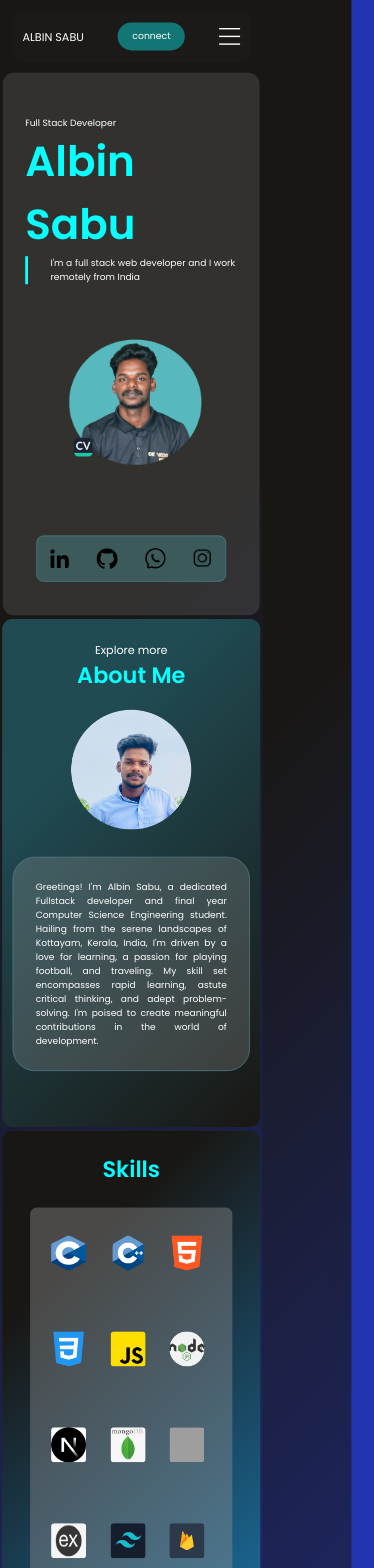
Repository: albinsabu2023/personalwebsite
Page: index.html
An editor plug-in stored every save of this project. The page is shown before and after the next save, followed by the edit.
The browser window is 375 px wide. The page is 502 px wide, then 534 px, so the pictures cover 534 px, including what lies to the right of the window. The pictures show the part of the page from y = 0 to 2240 px (the page is 3568 px tall before and 3630 px after), at 70% of full size.
Pictures or frames that could not be fetched are drawn as grey boxes.

Above is the page before, as saved 2023-09-04 11:53:16.

### index.html
<!DOCTYPE html>
<html lang="en">
<head>
    <meta charset="UTF-8">
    <meta name="viewport" content="width=device-width, initial-scale=1.0">
    <title>Document</title>
    <link rel="stylesheet" href="style.css">
    <link rel="stylesheet" href="media.css">
</head>
<body>
    <nav id="hero">
        <h3 class="title">Albin Sabu</h3>
        <ul>
            <li class><a href="#home">Home</a></li>
            <li><a href="#about">About Me</a></li>
            <li><a href="#skill">Skills</a></li>
            <li><a href="#project">Projects</a></li>
            <li><a href="#contact">Contact</a> </li>
        </ul>

        <button class="btn-connect">connect</button>
    </nav>
    <nav id="hamburger-nav">
        <div clas="logo"> ALBIN SABU</div>

        <button class="btn-connect">connect</button>
        <div class="hamburger-menu">
            <div class="hamburger-icon" onclick="toggleMenu()">
                <span></span>
                <span></span>
                <span></span>
            </div>

            <div class="menu-links">
                <li class><a href="#home" onclick="toggleMenu()">Home</a></li>
                <li><a href="#about" onclick="toggleMenu()">About Me</a></li>
                <li><a href="#skill">Skills</a></li>
                <li><a href="#project" onclick="toggleMenu()">Projects</a></li>
                <li><a href="#contact" onclick="toggleMenu()">Contact</a> </li>
            </div>

        </div>




    </nav>
    <div class="portfolio__body">
        <div id="home">

            <div class="profile__text">

                <p>Full Stack Developer</p>
                <h1>Albin Sabu</h1>
                <div class="profile__detail">
                    <span class="line"> </span>
                    <p class="profile__detail__p2">I'm a full stack web developer and I work remotely from India</p>

                </div>

            </div>
            <div class="profile__img">
                <img src="./assets/albin.png" class="profile" alt="profile">
                <div class="cv__btn" onclick="window.open('./assets/ALBIN SABU.pdf')">
                    <p>download</p>
                    <img src="./assets/cv.png" alt="cv" class="cv">
                </div>
            </div>

            <div class="profile__links">
                <img src="./assets/linkedin.png" alt="">
                <img src="./assets/github.png" alt="">
                <img src="./assets/whatsapp.png" alt="">
                <img src="./assets/insta.png" alt="">
            </div>
        </div>
        <div id="about">
            <div class="about__header">
                <p>Explore more</p>
                <h1 class="title">About Me</h1>
            </div>
            <div class="about__container">
                <div class="about__img">
                    <img src="./assets/about-pic.png" alt="">
                </div>
                <div class="about__details">
                    <p>Greetings! I'm Albin Sabu, a dedicated Fullstack developer and final year Computer Science Engineering
                        student. Hailing
                        from the serene landscapes of Kottayam, Kerala, India, I'm driven by a love for learning, a passion for
                        playing
                        football, and traveling. My skill set encompasses rapid learning, astute critical thinking, and adept
                        problem-solving.
                        I'm poised to create meaningful contributions in the world of development.</p>
                </div>
            </div>


        </div>
        <div id="skill">
            <h1 class="title">Skills</h1>

                <div class="skill__img">
                    <div class="div">
                        <img src="./assets/c.png" alt="skill" class="grid_1">
                        <img src="./assets/cpp.png" alt="skill" class="grid_2">
                        <img src="./assets/html.png" alt="skill" class="grid_3">
                    </div >
                   <div class="div">
                        <img src="./assets/css-3.png" alt="skill" class="grid_4">
                        <img src="./assets/js.png" alt="skill" class="grid_5">
                        <img src="./assets/nodejs.png" alt="skill" class="grid_6">
                   </div>
                    <div class="div">
                        <img src="./assets/next.png" alt="skill" class="grid_7">
                        <img src="./assets/mongodb.png" alt="skill" class="grid_8">
                        <img src="./assets/React.png" alt="skill" class="grid_9">
                    </div>
                    <div class="div">
                        <img src="./assets/express.png" alt="skill" class="grid_7">
                        <img src="./assets/tailwind.png" alt="skill" class="grid_8">
                        <img src="./assets/rebase.png" alt="skill" class="grid_9">
                    </div>


                </div>



        </div>
        <div id="project">
            <h1>Project</h1>
            <div class="all__projects">
                <div class="project__container">
                    <div class="project__img">
                        <img src="./assets/chatgpt-next.png" alt="">
                    </div>
                    <div class="project__details">
                        <h3>ChatGpt-Next</h3>
                        <!-- <p>2023<br>A ChatGpt Model WebApp created using nextjs with openaiApi</p> -->
                        <button class="btn-1">know more</button>
                    </div>

                </div>
                <div class="project__container">
                    <div class="project__img">
                        <img src="./assets/chatroom.png" alt="">
                    </div>
                    <div class="project__details">
                        <h3>ChatRoom</h3>
                        <!-- <p>2023<br>A ChatRoom  WebApp created using Reactjs with custonApi and firebase</p> -->
                        <button class="btn-1">know more</button>
                    </div>

                </div>
                <div class="project__container">
                    <div class="project__img">
                        <img src="./assets/portfolio.png" alt="">
                    </div>
                    <div class="project__details">
                        <h3>Portfolio</h3>
                        <!-- <p>2023<br>A Personal  Portfolio Project created using nextjs </p> -->
                        <button class="btn-1">know more</button>
                    </div>

                </div>
            </div>


        </div>
        <div id="contact">
           <h1>Contact</h1>
           <div class="contact__links">
                <img src="./assets/email.png" alt="">
                <p><a href="mailto:albinsullas13@gmial.com"></a>albinsullas13@gmail.com</p>

           </div>
            <div class="contact__links">
                <img src="./assets/linkedin.png" alt="">
                <p><a href=""></a>LinkedIn</p>

            </div>
            <div class="contact__links">
                <img src="./assets/loc.png" alt="">
                <p>Pathnamthitta.Kerala.India</p>

            </div>
            <div class="form">
                <form  class="form__container">
                    <div class="form__header">
                        <input type="text" placeholder="First Name">
                        <input type="text" placeholder="Last Name">
                    </div>
                    <input type="email" placeholder="Your Mail" >
                    <textarea  rows="8" cols="50" class="text"></textarea>
                    <button><a href="mailto:albinsullas13@gmail.com">Submit</a></button>
                </form>

            </div>
        </div>
    </div>

    <script src="index.js"></script>
</body>
</html>

### style.css
@import url('https://fonts.googleapis.com/css2?family=Poppins:ital,wght@0,300;0,400;0,500;0,600;1,300;1,500;1,600&display=swap');
*{
    margin:0;
    font-family: 'Poppins', sans-serif;

}
body{

    color: white;
    margin-top: 1rem;

    background-color: #2234ae;

    background-image: linear-gradient(315deg, #2234ae 0%, #191714 74%);

}
nav{
    position: sticky;
    z-index: 0;
    display: flex;
    padding: 1rem;
    margin: 1rem;
    background-color: rgba(34, 34, 34, 0.3);
    border-radius: 1rem;
    justify-content: space-between;

}

nav ul{
    list-style-type: none;
    display: flex;
    gap: 2rem;
    justify-content: space-between;



}


nav ul li{
    padding: 5px;
    border-radius: 1rem;
    text-align: center;
    width: 8rem;



}
nav ul li a{
    text-decoration: none;
    color: white;
}
nav ul li a:hover{
    color: rgb(7, 255, 255);
}

.btn-connect{
    background: rgb(7, 255, 255,0.4);
    border: none;
    color: white;
    padding: 10px;
    border-radius: 3rem;
    width: 6rem;

}
.btn-connect:hover{
    background: rgb(7, 255, 255, 0.6);
}

#home{

    padding: 2rem;
    /* border: #56828f 1px solid; */
    border-radius: 1rem;
    display: flex;
    margin: 3px;
    background: rgba(128, 128, 128, 0.24);
}

.line{
    border: rgb(7, 255, 255) 2px solid;

}
.profile__text{
    width: 50vw;
    object-fit: contain;
    text-align: justify;
    margin-top: 30px;
}
.profile__text p{
    font-size:30px ;
}
.profile__text h1{
    color: rgb(7, 255, 255);
    font-size:80px ;

}
.profile__detail{
    display: flex;
    flex-direction: col;
    gap: 2rem;

}
.profile__detail p{
    font-size: 30px;
}
.profile__img{
    width: 50%;
    align-items: center ;
    padding: 10px;
}
.profile__img img{
    height: 300px;
    width: 300px;
    position: relative;
}

.profile__links{

    align-items: center;
    justify-content: space-between;
    padding: 1rem;
    border-radius: 10px;
    display: flex;
    flex-direction: column;
    border: #56828f 1px solid;
    background:rgba(74, 153, 153, 0.4);

}

.cv__btn{
    display: flex;
}
.profile__img .cv__btn{
    background: rgb(7, 255, 255, 0.4);
        border: none;
        color: white;
        padding: 10px;
        border-radius: 3rem;
        width: 6rem;

}
.profile__img .cv__btn:hover{
    background: rgba(75, 243, 243, 0.7);
}
.profile__img .cv__btn img{
    width: 30px;
    height: 30px;
}
.profile__links img{
    height: 30px;
    width: 30px;
    display: flex;
    border-radius: 10px;
    padding: 1px;


}
#hamburger-nav {
    display: none;
    align-items: center;
}

.hamburger-menu {
    position: relative;
    display: inline-block;
}

.hamburger-icon {
    display: flex;
    flex-direction: column;
    justify-content: space-between;
    height: 24px;
    width: 30px;
    cursor: pointer;
}

.hamburger-icon span {
    width: 100%;
    height: 2px;
    background-color: rgb(255, 255, 255);
    transition: all 0.3 ease-in-out;
}

.menu-links {
    position: absolute;
    top: 100%;
    right: 0%;
    width: fit-content;
    max-height: 0;
    overflow: hidden;
    transition: all 0.3 ease-in-out;
}

.menu-links {
    display: block;
    margin-top: 9px;
    width: 8rem;
    text-align: center;
    font-size: 1.5rem;
    color: rgb(248, 243, 243);
    text-decoration: none;
    transform: all 0.3 ease-in-out;
    background: rgba(172, 172, 172, 0.24);
    border-radius: 1rem;
}

.menu-links li  {
    list-style-type: none;

}



.menu-links li a{
    text-decoration: none;
    color: white;

}

.menu-links.open {
    max-height: 300px;
}

.hamburger-icon.open span:first-child {
    transform: rotate(45deg) translate(10px, 5px);
}

.hamburger-icon.open span:nth-child(2) {
    opacity: 0;
}

.hamburger-icon.open span:last-child {
    transform: rotate(-45deg) translate(10px, -5px);
}

.hamburger-icon span:first-child {
    transform: none;
}

.hamburger-icon span:first-child {
    opacity: 1;
}

.hamburger-icon span:first-child {
    transform: none;
}


#about{
    margin: 3px;
    margin-top: 5px;
    padding: 2rem;
    /* border: #56828f 1px solid; */
    border-radius: 1rem;
    display: flex;
    flex-direction: column;
    background: rgba(128, 128, 128, 0.24);
    background-image: linear-gradient(315deg,  #191714 0%,#204b53 74%);
    background-repeat:none ;
    background-size: cover;
}
.about__header{
    display: flex;
    flex-direction: column;
    align-items: center;
    justify-content: center;
}
.about__header h1{
    color: rgb(7, 255, 255);
}
.about__container{
    padding: 1rem;
    display: flex;
    align-items: center;
   justify-content: center;

}
.about__container img {
        width: 300px;
        height: 280px;
        border-radius: 1rem;
        margin: 0;

}


.about__details{
    text-align: justify;
     padding:2rem ;
    max-width: 400px;
    background: rgba(172, 172, 172, 0.24);
    border-radius:2rem ;
    border: #56828f 1px solid;
    margin: 2rem;
}
 .about__container img {

     border-radius: 1rem;

 }
 #skill{
    margin: 3px;
    margin-top: 5px;
    padding: 2rem;
        /* border: #56828f 1px solid; */
    border-radius: 1rem;
    display: flex;
    flex-direction: column;
    background: rgba(128, 128, 128, 0.24);
    background-image: linear-gradient(315deg,#1a6e9f  0%, #191714 74%);
    background-repeat: none;
    background-size: cover;
    align-items: center;

 }
 .skill__container{
    display: flex;
    flex-wrap: wrap;


 }
 #skill h1{
    color: aqua;

 }
 .skill__img img{
    width: 70px;
    height: 70px;
    margin: 20px;
    border-radius: 5px;

 }
  .skill__img{
    background: rgb(148, 148, 148,0.4);
    padding: 20px;
    border-radius: 10px;

    display: inline-grid;
    column-gap: 5px;
    row-gap: 5px;
    grid-column: 4;
    grid-row: 4;
    align-items: center;
    justify-content: center;



  }

  #project{

        margin-top: 5px;
        padding: 2rem;
        margin-bottom: 40px;
        border-radius: 1rem;
        display: flex;
        flex-direction: column;
        background: rgba(128, 128, 128, 0.24);
        background-image: linear-gradient(315deg,#191714  0%, #255975 74%);
        background-repeat: none;
        background-size: cover;
        align-items: center;
  }
  #project h1{
    color: aqua;
    margin-bottom: 20px;
  }

  .project__container{
    display: flex;
    flex-direction: column;
    background-color: rgba(124, 124, 124, 0.5);
    padding: 20px;
    border-radius: 20px;
    margin: 1rem;
    align-items: center;

  }
  .project__img img{
    height: 200px;
    width: 200px;
    border-radius:20px ;
  }

  .project__details{
    display: flex;
    flex-direction: column;
    align-items: center;
    justify-content: center;
    margin: 5px;
    gap: 20px;
    padding: 10px;

  }
  .project__details h3{
    text-decoration: underline;
    color: aquamarine;

  }
  .project__details  button{
    background: rgb(49, 152, 152);
    border: none;
    padding: 10px;
    border-radius: 5px;
    color: white;

  }
  .all__projects{
    display: flex;

  }

  .all__projects::-webkit-scrollbar{
    display: none;
  }

  #contact{
         margin: 5px;
        padding: 2rem;

        border-radius: 1rem;
        display: flex;
        flex-direction: column;
        background: rgba(128, 128, 128, 0.24);
        background-image: linear-gradient(315deg, #191714 0%, #255975 74%);
        background-repeat: none;
        background-size: cover;
        align-items: center;
  }

  #contact h1{
    color: aqua;
    margin-bottom: 40px;
  }

  .contact__links{
    display: flex;
    align-items: center;
    justify-content: center;
    gap: 3px;
  }

  .contact__links img{
    height: 30px;
    width: 30px;
  }


  .form{
    display: flex;
    flex-direction: column;
    align-items: center;

  }

  .form__container{
    background: rgb(112, 112, 112,0.5);
    padding: 10px;
    margin: 2rem;
    display: flex;
    flex-direction: column;
    border-radius: 10px;
    align-items: center;
    justify-content: center;
    margin-bottom: 10px;


  }
  .form__container input{
    width: 98%;
    margin-bottom: 20px;
    color: white;
    border: none;
    padding: 3px;


  }
  .form__header{
    display: flex;

    gap: 10px;
  }
  .form__header input:focus{
    outline:none;
  }

  .form textarea{
    outline: none;
  }

  .form__container button{
    display: flex;
    align-items: center;
    justify-content: center;
    background: rgb(60, 180, 227);
    border:none;
    width: 90px;
    padding: 10px;
    margin: 10px;
    border-radius:20px;

  }
   .form__container button a{
    text-decoration: none;
    color: white;
   }

### media.css
@media  screen and (max-width:600px) {
    body{
        background-size:cover;
    }

    #hero{
        display: none;
    }
    nav ul{
        flex-direction: column;
        display: none;


    }
    #home{
        margin: 4px;
        flex-direction: column;
        justify-content: center;


    }

    #hamburger-nav {
         display: flex;

    }

    .profile__text{
        width:80vw;
    }
    .profile__text p{
        font-size: small;
    }
    .profile__text h1{
        font-size: 60px;
    }

    .profile__img .cv__btn img{
    width: 30px;
    height: 30px;

    top: 36rem;
    }
    .profile__img .cv__btn:hover {
        background: none;
    }

    .profile__img img{
        padding: 3rem;
       width: 200px;
       height: 200px;
    }
    .profile__links{
        display: flex;
        flex-direction: row;
    }

        .profile__img .cv__btn p {
            display: none;

        }
        .profile__img .cv__btn{
            background: none;
        }
        .about__container{
            flex-direction: column;

        }
        .about__container img{
            width: 200px;
            height: 180px;
            border-radius: 1rem;
            margin: 0;
        }

        .about__details{
            width: 100%;
        }

        .about__details p {
            font-size: small;

        }
    .skill__img img {
        width: 50px;
        height: 50px;
        margin-left: 10px;
    }
    #skill  h1{
        margin-bottom: 30px;
    }

    .skill__container{
        padding: 4px;

    }
    .skill__img .div{
        margin-bottom:35px;
    }

        .project__img img {
            height: 250px;
            width:200px;
            border-radius: 20px;

        }

        .project__details {
            display: flex;
            flex-direction: column;
            align-items: center;
            justify-content: center;
            margin: 1rem;
            gap: 20px;
        }
        .project__container{
            padding: 10px;
            align-items: center;
            margin: 10px;
            height: 60vh;
        }
        .project__details p{
            font-size: small;

        }
        .all__projects{
          display: flex;
          overflow-x: scroll;
          width: 100%;

        }
        #project{
            width: 95%;
            padding: 5px;
            margin: 5px;
        }

        #contact{
           margin-bottom: 20px;
        }
        .form__container{
            margin:10px;
            padding: 10px;
        }


}

@media screen and (max-width:1200px){
    #home {
            margin: 4px;
            flex-direction: column;

        }
        .profile__links {
            display: flex;
            flex-direction: row;
        }

}
@media screen and (max-width:400px) {
    #home {
        margin: 4px;
        flex-direction: column;

    }

    .profile__links {
        display: flex;
        flex-direction: row;
        margin: 1rem;
    }
        .profile__img img {
            align-items: center;
        }
    .profile__img .cv__btn img {
        width: 30px;
        height: 30px;
        position: absolute;
        top: 36rem;
    }
    .profile__img .cv__btn p{
        display: none;
    }

}

### index.js
function toggleMenu() {
  const menu = document.querySelector(".menu-links");
  const icon = document.querySelector(".hamburger-icon");
  menu.classList.toggle("open");
  icon.classList.toggle("open");
}

function submit() {
  window.location.href = "mailto:albinsullas13@gmail.com";
}

After the next save:
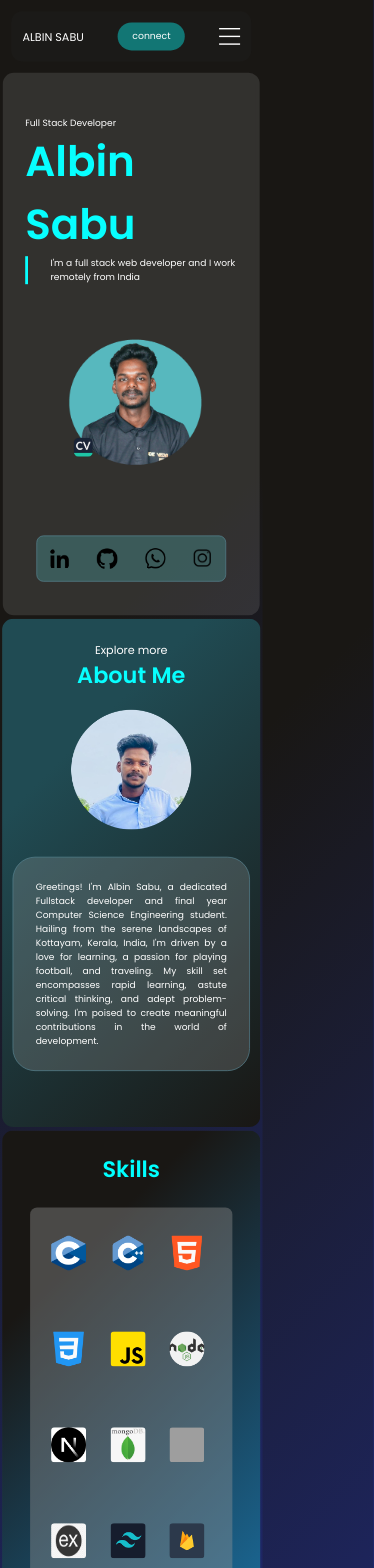
Saved 22 s later.
--- a/media.css
+++ b/media.css
@@ -138,7 +138,7 @@
         #contact{
            margin-bottom: 20px;
         }
-        .form__container{
+        .form{
             margin:10px;
             padding: 10px;
         }
